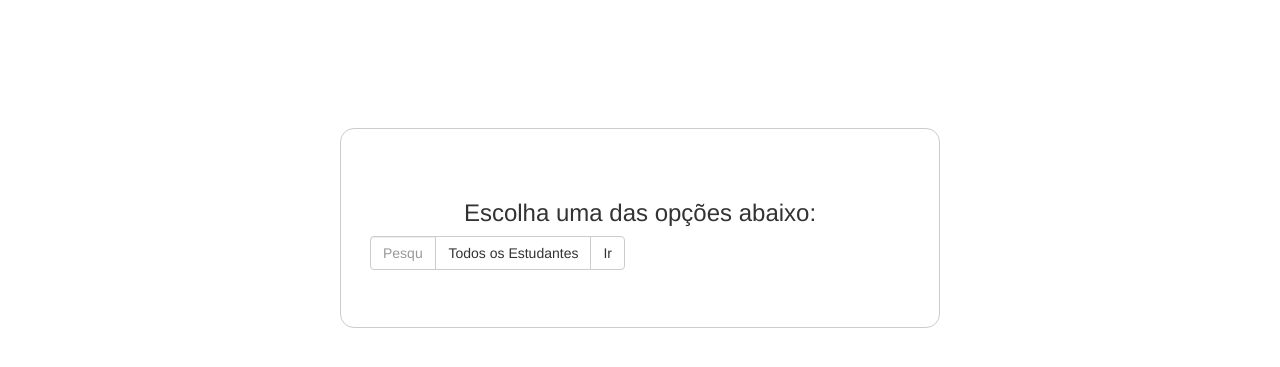
Repository: ipti/br.tag.webservice
Page: http://localhost/Restful-API-TAG/students.jsp
An editor plug-in stored every save of this project. The page is shown before and after the next save, followed by the edit.
The browser window is 1280 px wide. The pictures show the whole page.
The page is served by Tomcat 9. Other server files are loaded and not shown.

Above is the page before, as saved 2016-04-27 13:54:38.

### Restful-API-TAG/WebContent/students.jsp
<%@ page language="java" contentType="text/html; charset=ISO-8859-1"
	pageEncoding="ISO-8859-1"%>
<!DOCTYPE html PUBLIC "-//W3C//DTD HTML 4.01 Transitional//EN" "http://www.w3.org/TR/html4/loose.dtd">
<html>
<head>
<link rel="stylesheet" href="css/styles.css">
<link href="css/bootstrap.min.css" rel="stylesheet">
<meta http-equiv="Content-Type" content="text/html; charset=ISO-8859-1">
<title>API TAG - Estudantes</title>
</head>
<body>
	<div id="studentDiv">
		<h3 id="titleStudent">Escolha uma das opções abaixo:</h3>

		<div class="btn-group-md text-center" role="group" aria-label="...">
			<div class="col-lg-6">
				<div class="input-group">
					<input type="text" class="form-control" placeholder="Pesquisar um Estudante...">
					<span class="input-group-btn">
						<a type="submit" class="btn btn-default" href="${pageContext.request.contextPath}/api/TagService/getStudents">Todos os Estudantes</a>
						<a class="btn btn-default" type="submit" href="${pageContext.request.contextPath}/api/TagService/getStudents/{inep_id}">Ir</a>
					</span>
				</div>
			</div>
		</div>
	</div>
</body>
</html>

### Restful-API-TAG/WebContent/css/styles.css
@CHARSET "ISO-8859-1";

#mainDiv {
    /* Just to center the form on the page */
    margin: 10% auto;
    width: 500px;
    height: 200px;
    /* To see the outline of the form */
    padding: 1em;
    border: 1px solid #CCC;
    border-radius: 1em;
}

#divGroup {
	padding: 7px;
}

#studentDiv, #schoolDiv, #instructorDiv, #classroomDiv {
    /* Just to center the form on the page */
    margin: 10% auto;
    width: 600px;
    height: 200px;
    /* To see the outline of the form */
    padding: 1em;
    border: 1px solid #CCC;
    border-radius: 1em;
}

#titleH3 {
	text-align: center;
	margin-top: 10%;
}

#titleStudent, #titleSchool, #titleInstructor, #titleClassroom {
	text-align: center;
	margin-top: 10%;
}

Loaded but not shown: Restful-API-TAG/WebContent/css/bootstrap.min.css (library)

After the next save:
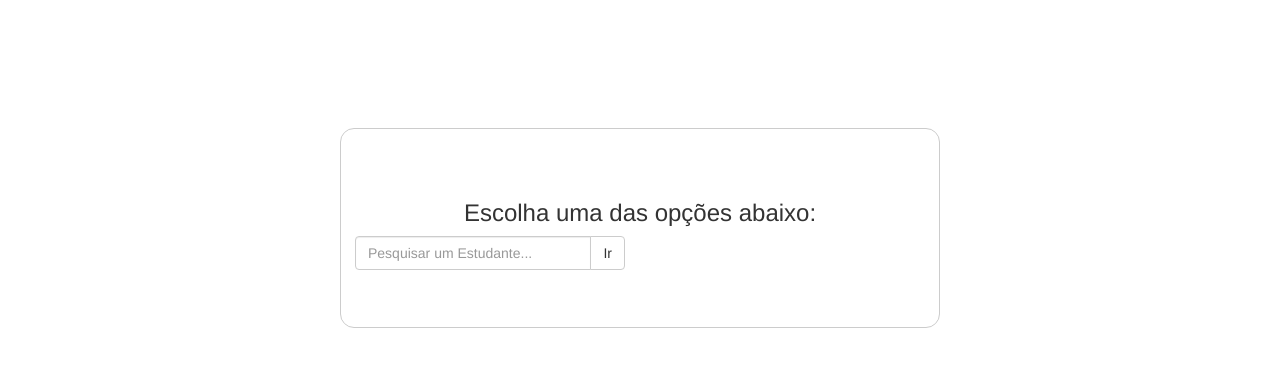
Saved 58 s later.
--- a/Restful-API-TAG/WebContent/students.jsp
+++ b/Restful-API-TAG/WebContent/students.jsp
@@ -13,13 +13,14 @@
 		<h3 id="titleStudent">Escolha uma das opções abaixo:</h3>
 
 		<div class="btn-group-md text-center" role="group" aria-label="...">
-			<div class="col-lg-6">
-				<div class="input-group">
-					<input type="text" class="form-control" placeholder="Pesquisar um Estudante...">
-					<span class="input-group-btn">
-						<a type="submit" class="btn btn-default" href="${pageContext.request.contextPath}/api/TagService/getStudents">Todos os Estudantes</a>
-						<a class="btn btn-default" type="submit" href="${pageContext.request.contextPath}/api/TagService/getStudents/{inep_id}">Ir</a>
-					</span>
+			<div class="row">
+				<div class="col-lg-6">
+					<div class="input-group">
+						<input type="text" class="form-control" placeholder="Pesquisar um Estudante...">
+						<span class="input-group-btn">
+							<a class="btn btn-default" type="submit" href="${pageContext.request.contextPath}/api/TagService/getStudents/{inep_id}">Ir</a>
+						</span>
+					</div>
 				</div>
 			</div>
 		</div>
